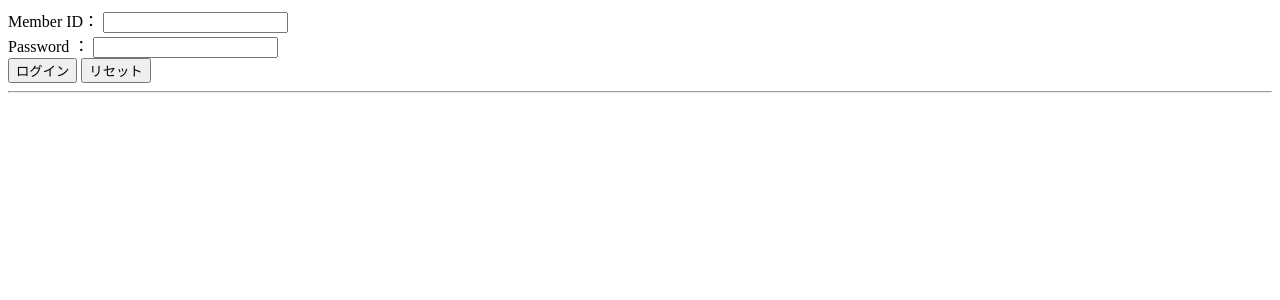
Repository: aiueo20/18ca0155
Page: SSP/kadai0302/WebContent/index.html
These files come from the project's save history. The page is drawn as it stood at one moment and after the next save; the edit follows.
The browser window is 1280 px wide. The pictures show the whole page.

Above is the page before, as saved 2018-12-03 03:16:31.

### SSP/kadai0302/WebContent/index.html
<!DOCTYPE html>
<html>
<head>
<meta charset="UTF-8">
<title>Insert title here</title>
</head>
<body>
	<form action="" method="get">
	Member ID： <input type="text"  name = "id"><br>
	Password ： <input type="password"  name="pw"><br>
	<input type="submit" value="ログイン">
	<input type="reset" value="リセット" onclick="location.reload()"><br>
	<hr>


	</form>
</body>
</html>

After the next save:
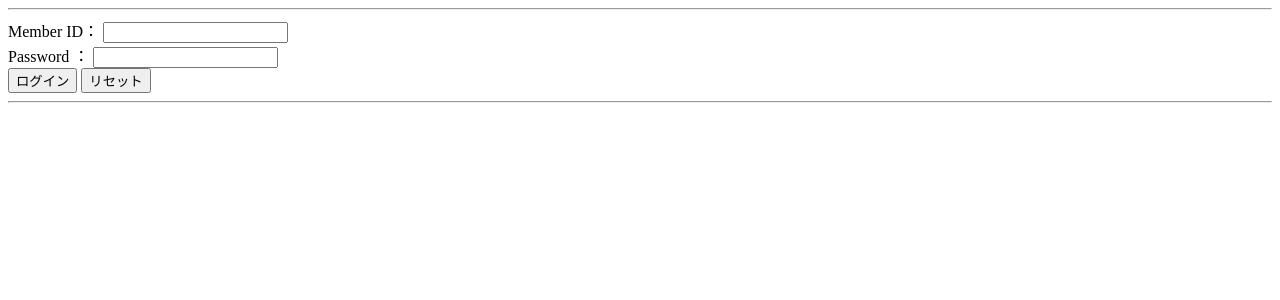
Saved 12 s later.
--- a/SSP/kadai0302/WebContent/index.html
+++ b/SSP/kadai0302/WebContent/index.html
@@ -5,14 +5,13 @@
 <title>Insert title here</title>
 </head>
 <body>
-	<form action="" method="get">
+	<form action="/kadai0302/CertifyServlet" method="get">
+	<hr>
 	Member ID： <input type="text"  name = "id"><br>
-	Password ： <input type="password"  name="pw"><br>
+	Password ： <input type="password"  name ="pw"><br>
 	<input type="submit" value="ログイン">
 	<input type="reset" value="リセット" onclick="location.reload()"><br>
 	<hr>
-
-
 	</form>
 </body>
 </html>
